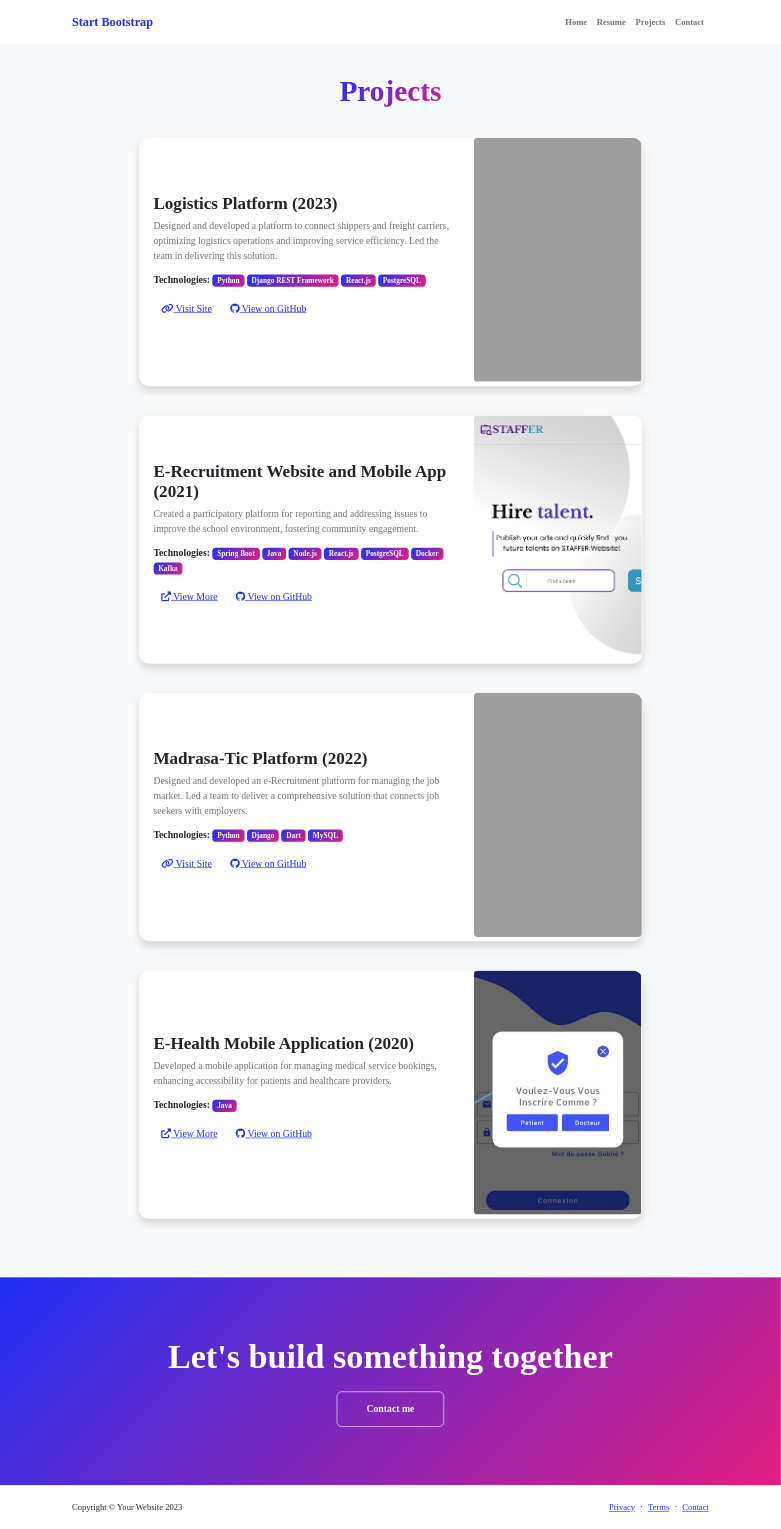
Repository: HananeChh/portfolio
Page: dist/projects.html
The author's editor kept a copy of each file at every save. The page is drawn from the files as they stood at one save, then again after a run of saves.
The browser window is 1280 px wide. The pictures show the whole page, at 61% of full size.
Pictures or frames that could not be fetched are drawn as grey boxes. Some web fonts or font styles are not loaded; a fallback is used.

Above is the page before, as saved 2024-09-30 22:03:19.

After the next 3 saves:
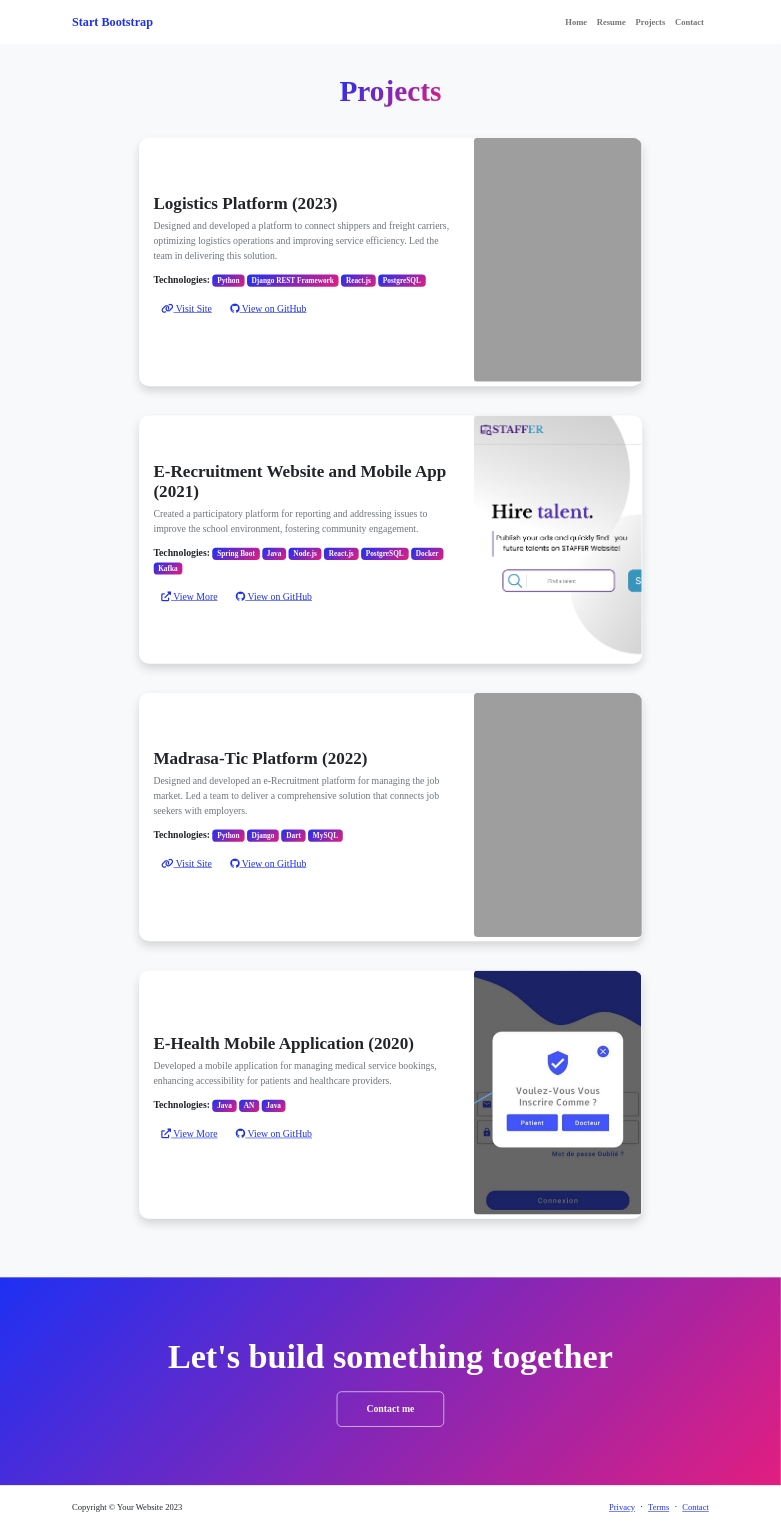
The 3 saves are shown as one change because they came seconds apart.
The last was saved 20 s later.
--- a/dist/projects.html
+++ b/dist/projects.html
@@ -195,6 +195,8 @@
                                         <p>
                                             <strong>Technologies:</strong>
                                             <span class="badge bg-gradient-primary-to-secondary">Java</span>
+                                            <span class="badge bg-gradient-primary-to-secondary">AN</span>
+                                            <span class="badge bg-gradient-primary-to-secondary">Java</span>
                                         </p>
                                         <p>
 
